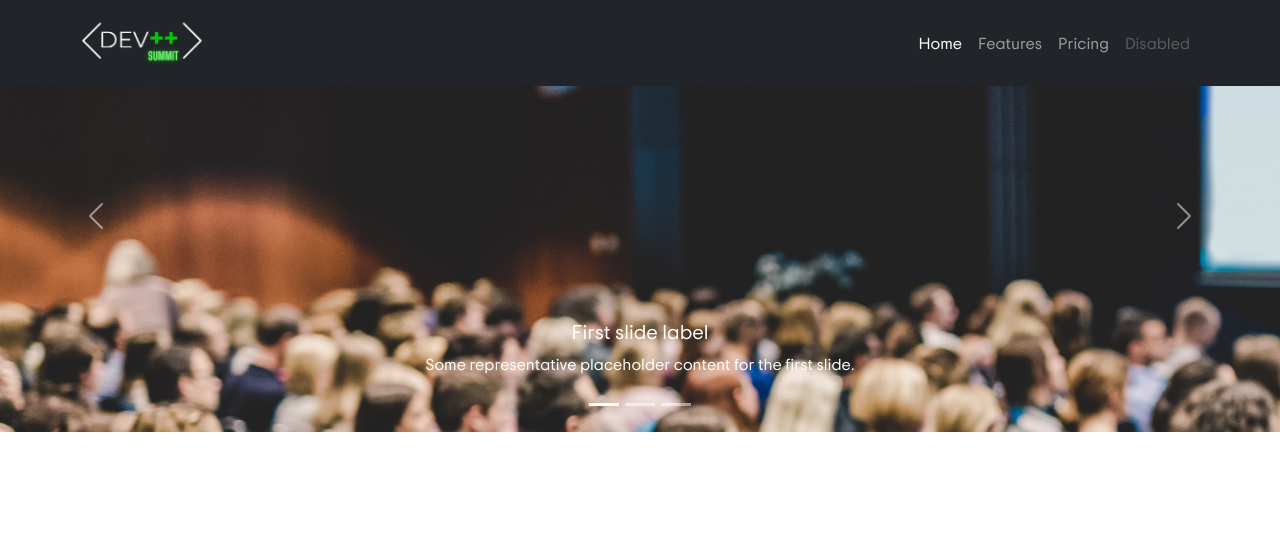
Repository: GScholl/ProjetoWeb_
Page: index.html
These files come from the project's save history. The page is drawn as it stood at one moment and after the next save; the edit follows.
The browser window is 1280 px wide. The pictures show the whole page.

Above is the page before, as saved 2023-08-23 09:21:46.

### index.html
<!DOCTYPE html>
<html lang="pt-BR">

<head>
  <meta charset="UTF-8">
  <meta name="viewport" content="width=device-width, initial-scale=1.0">
  <title>Dev+</title>
  <link rel="stylesheet" href="/Bootstrap/css/bootstrap.min.css">
  <link rel="stylesheet" href="/css/style.css">
</head>

<body>
  <nav class="navbar navbar-expand-lg fixed-top navbar-dark bg-dark t">
    <div class="container d-flex  flex-row  justify-content-between">


        <a class="navbar-brand" href="#"><img src="/img/DEV+.png" alt="logotipo da conferência" class="logo"></a>
        <button class="navbar-toggler" type="button" data-bs-toggle="collapse" data-bs-target="#navbarNav"
          aria-controls="navbarNav" aria-expanded="false" aria-label="Toggle navigation">
          <span class="navbar-toggler-icon"></span>
        </button>

      <div class="collapse navbar-collapse justify-content-end " id="navbarNav">
        <ul class="navbar-nav">
          <li class="nav-item">
            <a class="nav-link active" aria-current="page" href="#">Home</a>
          </li>
          <li class="nav-item">
            <a class="nav-link" href="#">Features</a>
          </li>
          <li class="nav-item">
            <a class="nav-link" href="#">Pricing</a>
          </li>
          <li class="nav-item">
            <a class="nav-link disabled">Disabled</a>
          </li>
        </ul>
      </div>

    </div>
  </nav>
<div id="carouselExampleCaptions" class="carousel slide" data-bs-ride="false">
  <div class="carousel-indicators">
    <button type="button" data-bs-target="#carouselExampleCaptions" data-bs-slide-to="0" class="active"
      aria-current="true" aria-label="Slide 1"></button>
    <button type="button" data-bs-target="#carouselExampleCaptions" data-bs-slide-to="1" aria-label="Slide 2"></button>
    <button type="button" data-bs-target="#carouselExampleCaptions" data-bs-slide-to="2" aria-label="Slide 3"></button>
  </div>

  <div class="carousel-inner">
    <div class="carousel-item active  item-1">

      <div class="carousel-caption d-none d-md-block">
        <h5>First slide label</h5>
        <p>Some representative placeholder content for the first slide.</p>
      </div>
    </div>
    <div class="carousel-item item-2 ">
      <img src="/img/2.png" class="d-block w-100" alt="Palestra">
      <div class="carousel-caption d-none d-md-block">
        <h5>Second slide label</h5>
        <p>Some representative placeholder content for the second slide.</p>
      </div>
    </div>
    <div class="carousel-item item-3">
    <img src="/img/3.png" class="d-block w-100" alt="Palestrante">
      <div class="carousel-caption d-none d-md-block">
        <h5>Third slide label</h5>
        <p>Some representative placeholder content for the third slide.</p>
      </div>
    </div>
  </div>
  <button class="carousel-control-prev" type="button" data-bs-target="#carouselExampleCaptions" data-bs-slide="prev">
    <span class="carousel-control-prev-icon" aria-hidden="true"></span>
    <span class="visually-hidden">Previous</span>
  </button>
  <button class="carousel-control-next" type="button" data-bs-target="#carouselExampleCaptions" data-bs-slide="next">
    <span class="carousel-control-next-icon" aria-hidden="true"></span>
    <span class="visually-hidden">Next</span>
  </button>
</div>
  <script src="/Bootstrap/js/bootstrap.bundle.min.js"></script>
</body>

</html>

### css/style.css
@font-face {
  font-family: "Trip-sans";
  src: url(/font/TripSans-Regular.ttf);
}
*{
  font-family: "Trip-sans",sans-serif;
  transition: .2s all;
}
.logo{

  height: 60px;
}
.item-1{
  background-image: url(/img/1.png);
  height: 60vh;
}
.item-2{

}
.item-3{

}

Loaded but not shown: Bootstrap/css/bootstrap.min.css (library); Bootstrap/js/bootstrap.bundle.min.js (library)

After the next save:
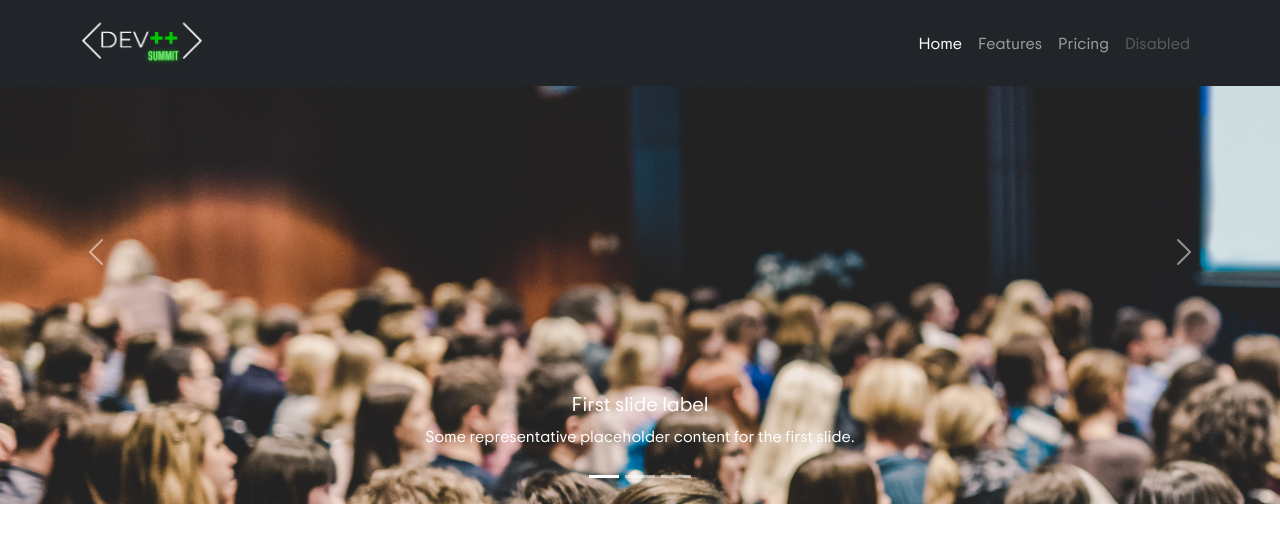
Saved 4 s later.
--- a/css/style.css
+++ b/css/style.css
@@ -12,7 +12,7 @@
 }
 .item-1{
   background-image: url(/img/1.png);
-  height: 60vh;
+  height: 70vh;
 }
 .item-2{
 
